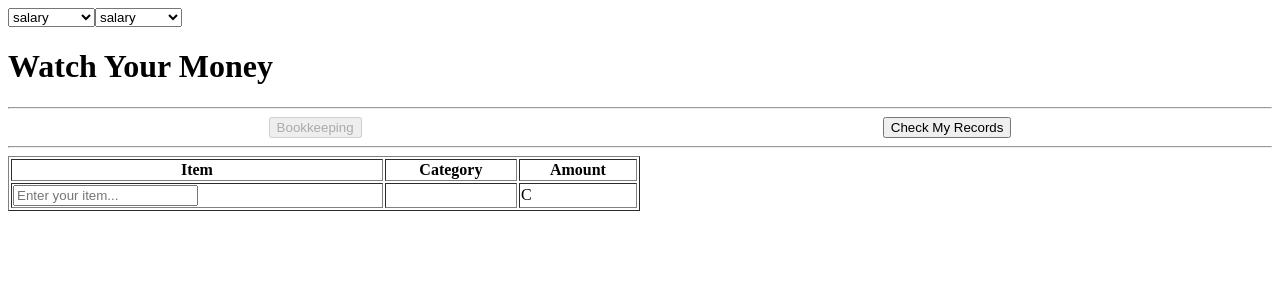
Repository: chelsea9869/Hackathon-TNT
Page: http://localhost/app/watch_your_money.php
An editor plug-in stored every save of this project. The page is shown before and after the next save, followed by the edit.
The browser window is 1280 px wide. The pictures show the whole page.
The page is run by PHP 8.4 with error messages shown; the project is at /var/www/html/.

Above is the page before, as saved 2020-09-05 12:18:29.

After the next save:
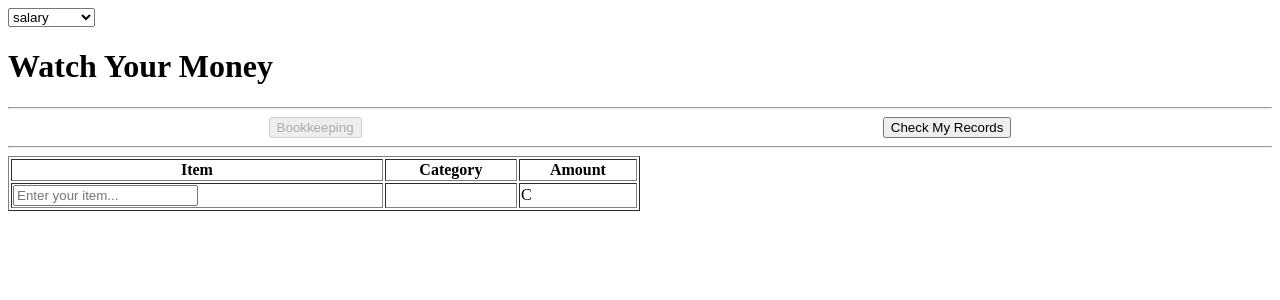
Saved 10 s later.
--- a/app/include/bookkeeping-dropdown.php
+++ b/app/include/bookkeeping-dropdown.php
@@ -21,6 +21,4 @@ while (($data = fgetcsv($category)) !== FALSE) {
 }
 $income_dropdown  .= "</select>";
 $expense_dropdown .= "</select>";
-
-echo $income_dropdown;
 ?>
